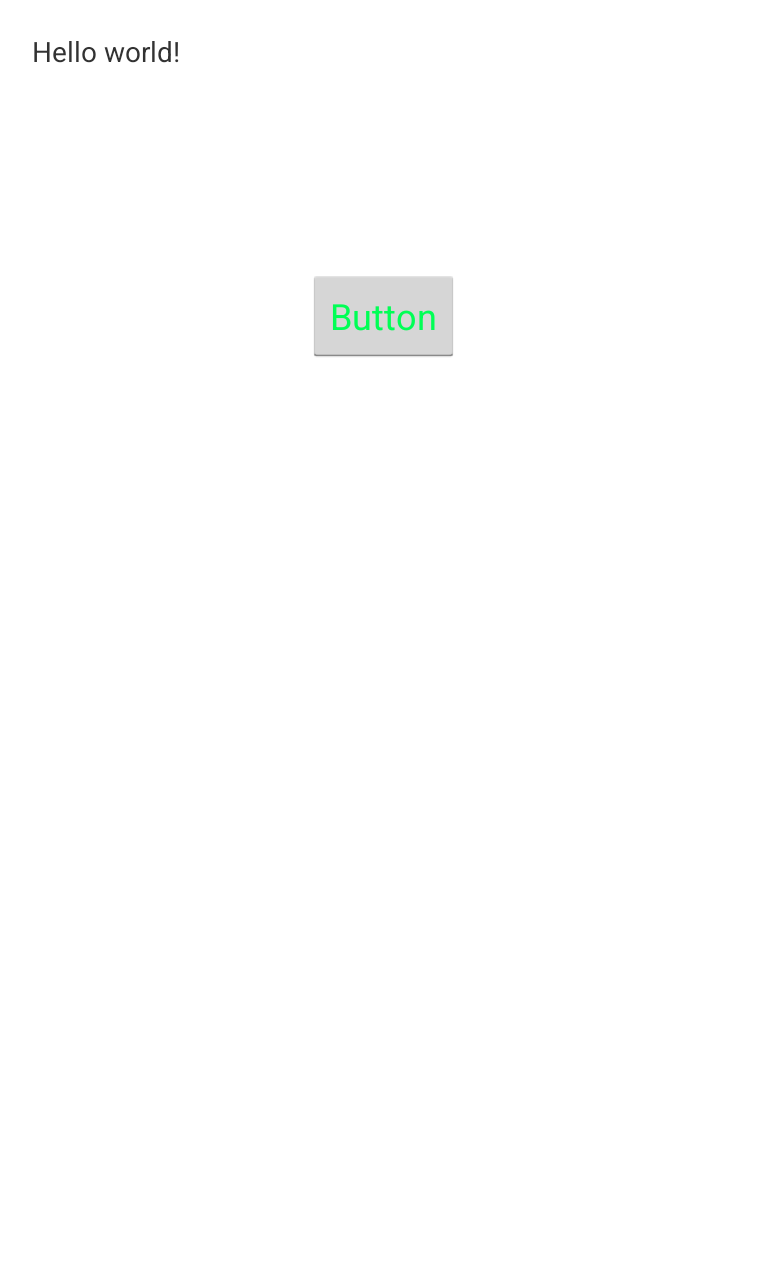
Repository: dm04806/Android-Development
Layout: FancyButton/res/layout/activity_main.xml
These files come from the project's save history. The layout is drawn as it stood at one moment and after the next save; the edit follows.
It is drawn on a 768 x 1280 px phone screen (xhdpi) without system bars, with theme AppTheme; the app's code is not run.

Above is the layout before, as saved 2013-04-30 16:41:24.

After the next save:
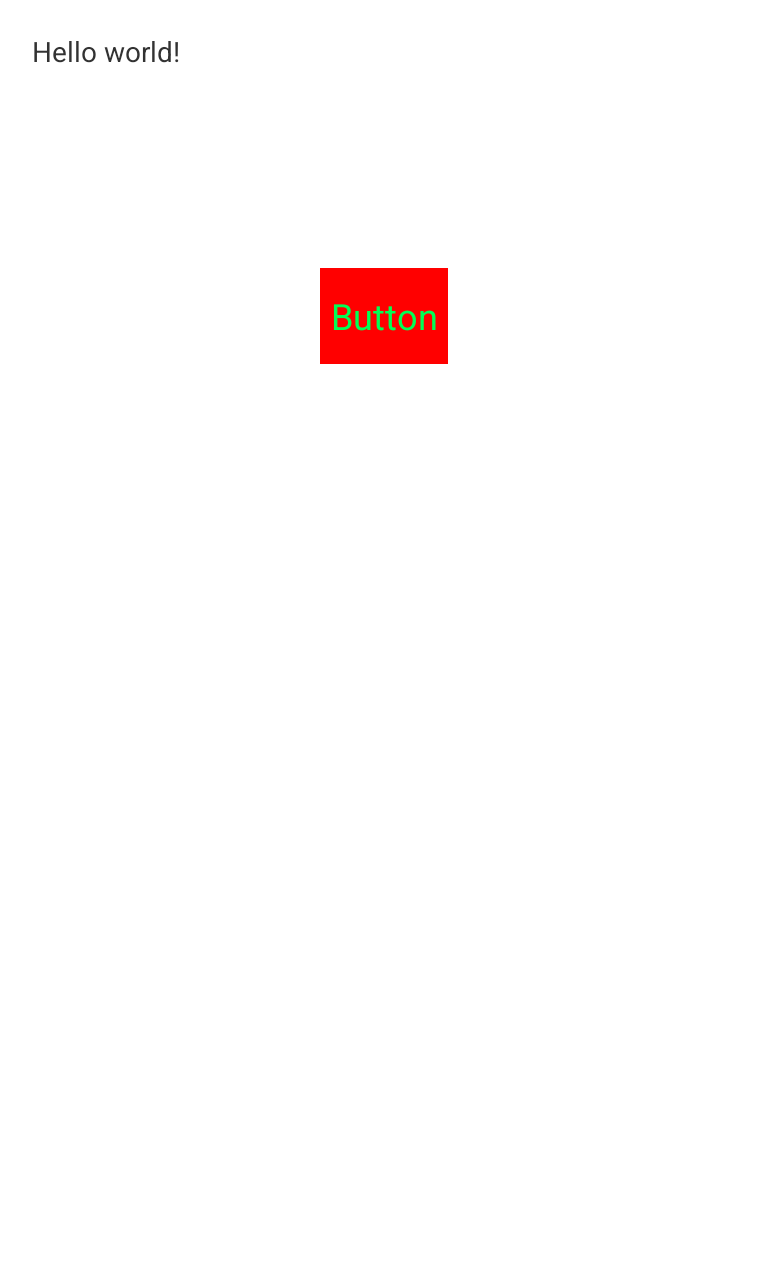
Saved 115 s later.
--- a/FancyButton/res/layout/activity_main.xml
+++ b/FancyButton/res/layout/activity_main.xml
@@ -21,6 +21,7 @@
         android:layout_below="@+id/textView1"
         android:layout_centerHorizontal="true"
         android:layout_marginTop="99dp"
+        android:background="@color/red"
         android:text="Button"
         android:textColor="@color/lime" />
 
